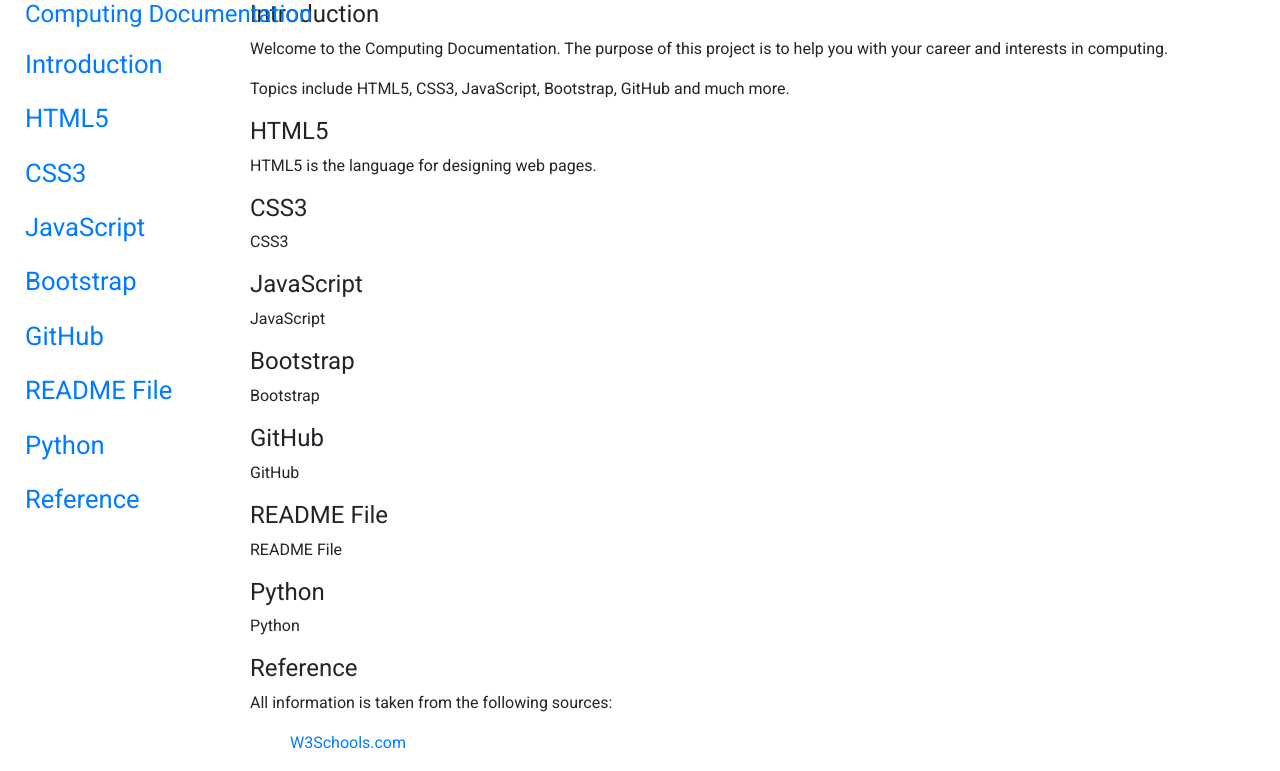
Repository: derektypist/technical-documentation-page
Page: index.html
The author's editor kept a record of every edit. The page is drawn from the files as they stood at one moment, then again after the next edit.
The browser window is 1280 px wide. The pictures show the whole page.

Above is the page before.

### index.html
<!DOCTYPE html>
<html lang="en">

<head>
  <meta charset="UTF-8">
  <meta name="viewport" content="width=device-width, initial-scale=1.0">
  <meta http-equiv="X-UA-Compatible" content="ie=edge">
  <title>Technical Documentation Page</title>
  <!-- Load Style Sheets -->
  <link rel="stylesheet" href="https://maxcdn.bootstrapcdn.com/bootstrap/4.4.1/css/bootstrap.min.css" integrity="sha384-Vkoo8x4CGsO3+Hhxv8T/Q5PaXtkKtu6ug5TOeNV6gBiFeWPGFN9MuhOf23Q9Ifjh" crossorigin="anonymous">
  <link href="https://fonts.googleapis.com/css?family=Roboto|Roboto+Mono&display=swap" rel="stylesheet">
  <style>
    /* Navigation */

    #navbar {
      font-family: "Roboto", Arial, Verdana, sans-serif;
      margin-left: 25px;
      font-size: 2vw;
      position: fixed;
    }

    /* Main Content */

    #main-doc {
      font-family: "Roboto", Arial, Verdana, sans-serif;
      padding-left: 200px;
    }

    /* Main Section */

    .main-section {
      margin-left: 50px;
    }
  </style>
</head>

<body>
  <!-- Set Up Navigation -->
  <nav class="navbar-nav" id="navbar">
    <header>
      <h4><a href="index.html" title="Return to Home Page">Computing Documentation</a></h4>
    </header>


    <!-- Set Up List Items Vertically -->
    <ul class="navbar-nav">
      <li class="nav-item">
        <a class="nav-link" href="#Introduction">Introduction</a>
      </li>
      <li class="nav-item">
        <a class="nav-link" href="#HTML5">HTML5</a>
      </li>
      <li class="nav-item">
        <a class="nav-link" href="#CSS3">CSS3</a>
      </li>
      <li class="nav-item">
        <a class="nav-link" href="#JavaScript">JavaScript</a>
      </li>
      <li class="nav-item">
        <a class="nav-link" href="#Bootstrap">Bootstrap</a>
      </li>
      <li class="nav-item">
        <a class="nav-link" href="#GitHub">GitHub</a>
      </li>
      <li class="nav-item">
        <a class="nav-link" href="#README_File">README File</a>
      </li>
      <li class="nav-item">
        <a class="nav-link" href="#Python">Python</a>
      </li>
      <li>
        <a class="nav-link" href="#Reference">Reference</a>
      </li>
  </nav>

  <!-- Set Up Main Content -->
  <main id="main-doc">

    <!-- Provide Section for Introduction -->
    <section class="main-section" id="Introduction">
      <header>
        <h4>Introduction</h4>
      </header>
      <article>
        <p>Welcome to the Computing Documentation. The purpose of this project is to help you with your career and interests in computing.</p>
        <p>Topics include HTML5, CSS3, JavaScript, Bootstrap, GitHub and much more.</p>
      </article>
    </section>

    <!-- Provide Section for HTML5 -->
    <section class="main-section" id="HTML5">
      <header>
        <h4>HTML5</h4>
      </header>
      <article>
        <p>HTML5 is the language for designing web pages.</p>
      </article>
    </section>

    <!-- Provide Section for CSS3 -->
    <section class="main-section" id="CSS3">
      <header>
        <h4>CSS3</h4>
      </header>
      <article>
        <p>CSS3</p>
      </article>
    </section>

    <!-- Provide Section for JavaScript -->
    <section class="main-section" id="JavaScript">
      <header>
        <h4>JavaScript</h4>
      </header>
      <article>
        <p>JavaScript</p>
      </article>
    </section>

    <!-- Provide Section for Bootstrap -->
    <section class="main-section" id="Bootstrap">
      <header>
        <h4>Bootstrap</h4>
      </header>
      <article>
        <p>Bootstrap</p>
      </article>
    </section>


    <!-- Provide Section for GitHub -->
    <section class="main-section" id="GitHub">
      <header>
        <h4>GitHub</h4>
      </header>
      <article>
        <p>GitHub</p>
      </article>
    </section>

    <!-- Provide Section for README File -->
    <section class="main-section" id="README_File">
      <header>
        <h4>README File</h4>
      </header>
      <article>
        <p>README File</p>
      </article>
    </section>

    <!-- Provide Section for Python -->
    <section class="main-section" id="Python">
      <header>
        <h4>Python</h4>
      </header>
      <article>
        <p>Python</p>
      </article>
    </section>

    <!-- Provide Section for Reference -->
    <section class="main-section" id="Reference">
      <header>
        <h4>Reference</h4>
      </header>
      <article>
        <p>All information is taken from the following sources:</p>
        <ul>
          <a href="https://www.w3schools.com" target="_blank" title="W3Schools.com">W3Schools.com</a>
        </ul>
      </article>
    </section>
  </main>
</body>

</html>

After the next edit:
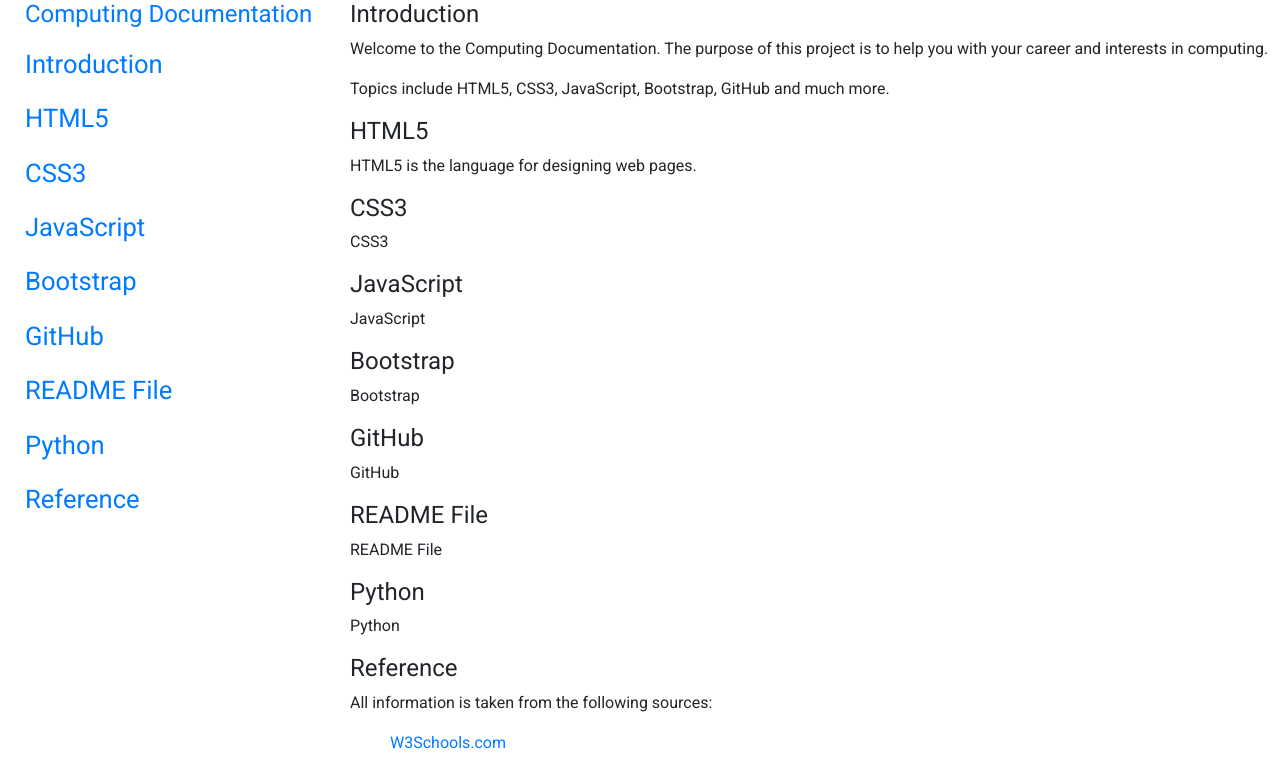
The edit:
--- a/index.html
+++ b/index.html
@@ -23,7 +23,7 @@
 
     #main-doc {
       font-family: "Roboto", Arial, Verdana, sans-serif;
-      padding-left: 200px;
+      padding-left: 300px;
     }
 
     /* Main Section */
